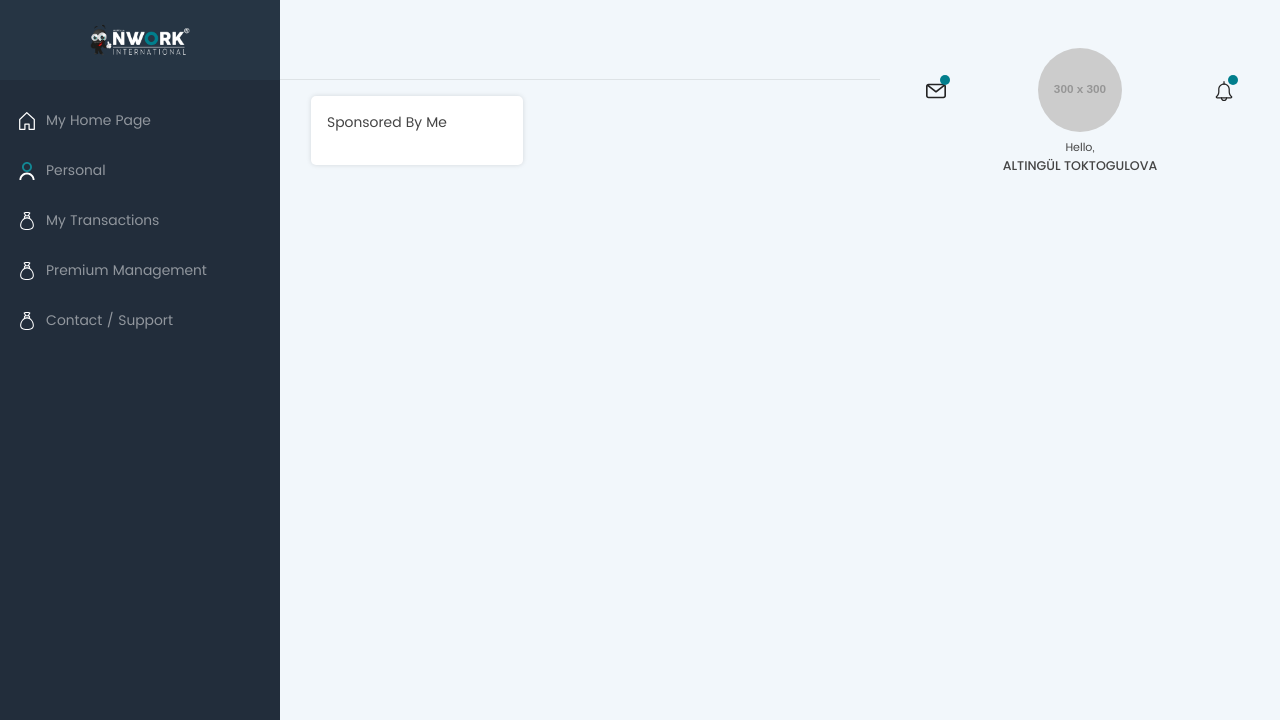
Repository: KayahanKahriman/nwork-admin
Page: index.html
These files come from the project's save history. The page is drawn as it stood at one moment and after the next save; the edit follows.
The browser window is 1280 px wide. The pictures show the whole page.
Some web fonts or font styles are not loaded; a fallback is used. The style sheet was rebuilt from its Sass, Less or Tailwind sources for each picture, by a compiler version that may differ from the author's.

Above is the page before, as saved 2021-06-09 16:55:16.

After the next save:
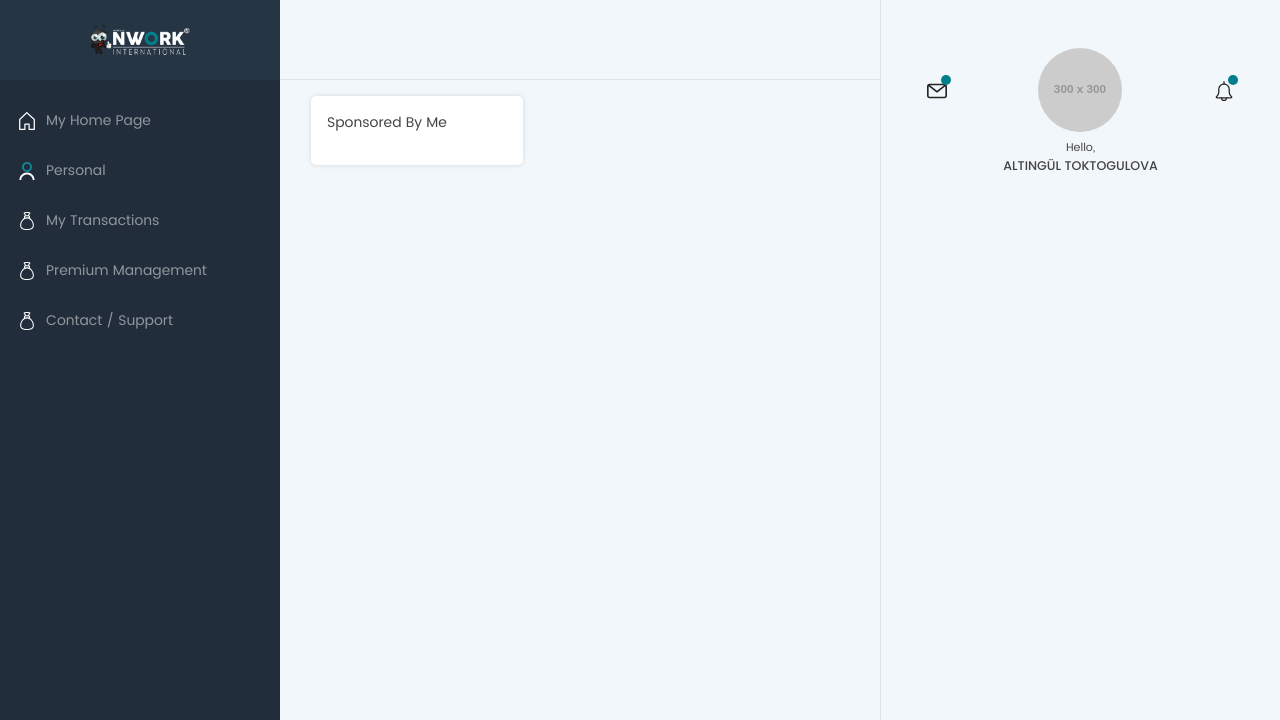
Saved 17 s later.
--- a/assets/scss/_user-aside.scss
+++ b/assets/scss/_user-aside.scss
@@ -4,6 +4,7 @@
   top: 0;
   right: 0;
   height: 100vw;
+  border-left: 1px solid var(--border-color);
 }
 
 #user-image {
